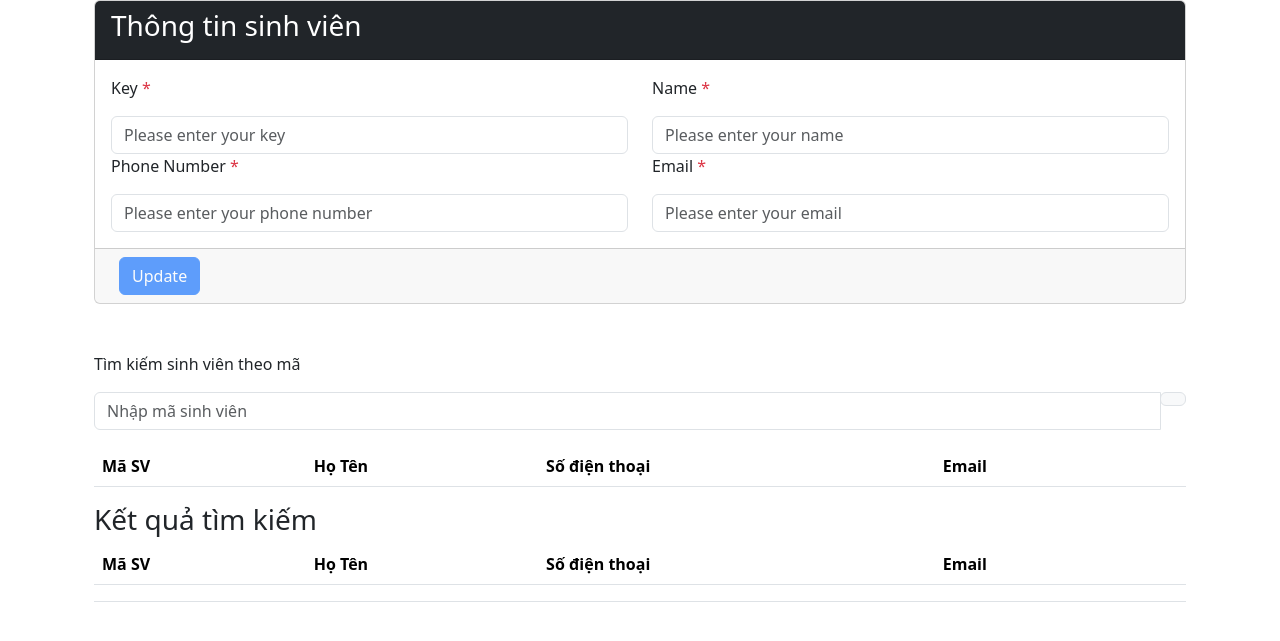
Repository: KhoiNguyen77/BT_REACT_FORM
Page: /
An editor plug-in stored every save of this project. The page is shown before and after the next save, followed by the edit.
The browser window is 1280 px wide. The pictures show the whole page.
The project was rebuilt for these pictures with package versions that can differ from the ones it lists, and the page was loaded fresh each time.

Above is the page before, as saved 2023-05-29 11:18:41.

After the next save:
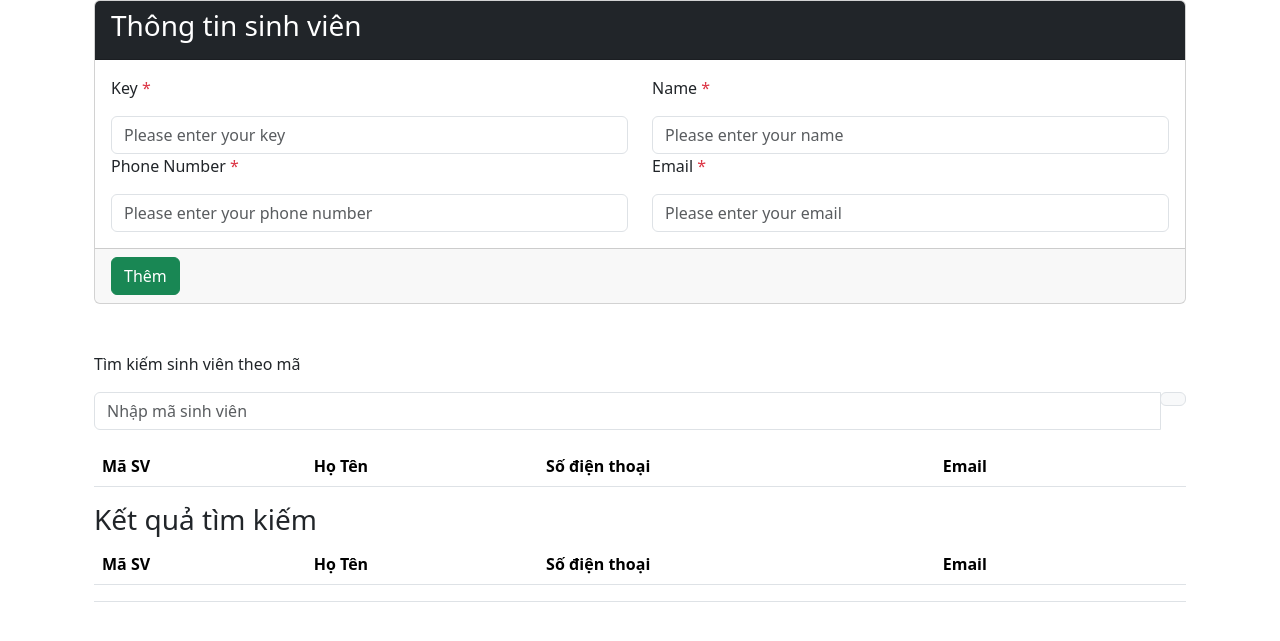
Saved 54 s later.
--- a/src/FormComponent/Form.jsx
+++ b/src/FormComponent/Form.jsx
@@ -5,7 +5,7 @@ import TableField from './TableField'
 export default class Form extends Component {
     state = {
         students: [],
-        student: {},
+        student: null,
         display: "",
         updateDisplay: "none"
     }
